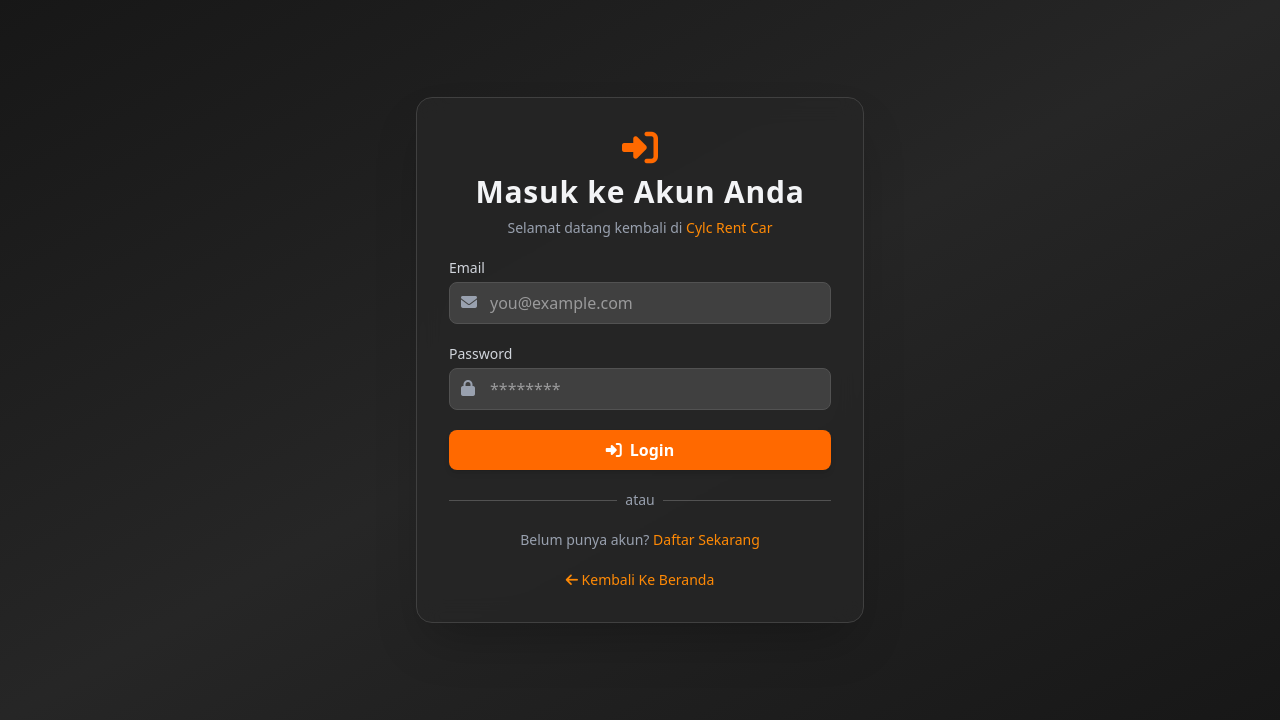
Repository: Fadlan079/FinalProject-RentalMobil
Page: http://localhost/index.php?action=login
The author's editor kept a copy of each file at every save. The page is drawn from the files as they stood at one save, then again after a run of saves.
The browser window is 1280 px wide. The pictures show the whole page.
Some web libraries are served in a nearby version. The page is run by PHP 8.4 with error messages shown; the project is at /var/www/html/. Style sheets and scripts are compiled from the project's sources, by tool versions that may differ from the author's.

Above is the page before, as saved 2025-11-13 03:33:41.

### Public/index.php
<?php
require_once __DIR__ . '/../App/Controllers/auth-controller.php';
require_once __DIR__ . '/../App/Controllers/pelanggan-controller.php';
require_once __DIR__ . '/../App/Controllers/pegawai-controller.php';

$Authcontroller = new AUTHController;
$Pelanggancontroller = new PELANGGANController;
$Pegawaicontroller = new PEGAWAIController;

$action = $_GET['action'] ?? 'index';
$id = $_GET['id'] ?? null;

switch ($action) {

    // AUTHENTICATION
    case 'login':
        $Authcontroller->showlogin();
        break;
    case 'storelogin':
        $Authcontroller->login();
        break;
    case 'signup':
        $Authcontroller->showsignup();
        break;
    case 'storesignup':
        $Authcontroller->signup();
        break;
    case 'logout':
        $Authcontroller->logout();
        break;

    // PELANGGAN
    case 'index':
        $Pelanggancontroller->index();
        break;
    case 'store-profile-pelanggan':
        $Pelanggancontroller->Storeprofile();
        break;
    case 'detail-mobil':
        $Pelanggancontroller->detailmobil($id);
        break;
    case 'store-transaksi':
        $Pelanggancontroller->Storetransaksi();
        break;
    case 'riwayat-transaksi':
        $Pelanggancontroller->riwayatTransaksi();
        break;

    //PEGAWAI
    case 'profilePegawai':
    $Pegawaicontroller->showProfile();
    break;

    case 'store-Profile-Pegawai':
        $Pegawaicontroller->storeProfile();
        break;

    case 'index-pegawai':
        $Pegawaicontroller->index();
        break;

    case 'listPegawai':
        $Pegawaicontroller->listPegawai();
        break;

    case 'createPegawai':
        $Pegawaicontroller->createPegawai();
        break;

    case 'storePegawai':
        $Pegawaicontroller->storePegawai();
        break;

    // 404 Not Found
    default:
        http_response_code(404);
        include __DIR__ . '/../App/Views/errors/404.php';
        break;
    }
?>

### Config/Database.php
<?php
class Database {
    public $host = "localhost";
    private $db   = "fp_rentalmobil";
    private $user = "root";
    private $pass = "";
    private $pdo;

    public function __construct() {
        try {
            $dsn = "mysql:host={$this->host};dbname={$this->db}";
            $this->pdo = new PDO($dsn, $this->user, $this->pass);
            $this->pdo->setAttribute(PDO::ATTR_ERRMODE, PDO::ERRMODE_EXCEPTION);
        } catch(PDOException $e) {
            die("Koneksi gagal: " . $e->getMessage());
        }
    }
      public function getConnection() {
        return $this->pdo;
    }
}
?>

### App/Middleware/middleware.php
<?php
class Middleware{
    public static function requirelogin(){
        if (session_status() === PHP_SESSION_NONE) {
            session_start();
        }

        if (!isset($_SESSION['user'])) {
            header("Location: index.php?action=login");
            exit;
        }
    }

    public static function requireloginOptional(){
        if (session_status() === PHP_SESSION_NONE) {
            session_start();
        }

        return isset($_SESSION['user']);
    }

    public static function requirerole($role){
        self::requirelogin();
        if ($_SESSION['user']['role'] !== $role) {
            header("Location: index.php?action=index");
            exit;
        }
    }
}
?>

### App/Models/mobil.php
<?php
require_once __DIR__ . '/../../Config/Database.php';

class Mobil{
    private $pdo;

    public function __construct() {
        $db = new Database();
        $this->pdo = $db->getConnection();
    }

    public function InsertMobil($tahun, $warna, $noplat, $nomesin,$norangka,$status, $id_tipe) {
        try{
            $sql = "INSERT INTO mobil(tahun, warna, noplat, nomesin,norangka,status,id_tipe) VALUES (:tahun, :warna, :noplat, :nomesin,:norangka,:status,:id_tipe)";
            $stmt = $this->pdo->prepare($sql);
            $stmt->bindParam(":tahun", $tahun);
            $stmt->bindParam(":warna", $warna);
            $stmt->bindParam(":noplat", $noplat);
            $stmt->bindParam(":nomesin", $nomesin);
            $stmt->bindParam(":norangka", $norangka);
            $stmt->bindParam(":status", $status);
            $stmt->bindParam(":id_tipe", $id_tipe);
            return $stmt->execute();
        }catch(PDOException $e){
            echo "Data Gagal Di Tambahkan :" .$e->getMessage();
        }
    }

    public function detailmobil($id_mobil){
        try{
            $sql = "SELECT * FROM mobil
            JOIN tipemobil ON mobil.id_tipe = tipemobil.id_tipe
            WHERE id_mobil = :id_mobil";
            $stmt = $this->pdo->prepare($sql);
            $stmt->execute(['id_mobil' => $id_mobil]);
            return $stmt->fetch(PDO::FETCH_ASSOC);
        }catch(PDOException $e){
            echo "Data Detail Mobil gagal di tampilkan :" .$e->getMessage();
        }
    }

    public function filterMobil($harga = null, $transmisi = null, $bhn_bkr = null, $kursi = null, $limit = null, $offset = null)
    {
        try{
            $sql = 'SELECT
            mobil.id_mobil,
            mobil.img,
            mobil.noplat,
            mobil.warna,
            mobil.status,
            tipemobil.merk,
            tipemobil.model,
            tipemobil.tipe,
            tipemobil.transmisi,
            tipemobil.harga,
            tipemobil.kursi,
            tipemobil.bhn_bkr,
            tipemobil.pintu
            FROM mobil JOIN tipemobil ON mobil.id_tipe = tipemobil.id_tipe
            WHERE 1=1';
            $params = [];

            // 🔧 PERBAIKAN: Filter harga dengan kondisi yang benar
            if (!empty($harga) && $harga != 'semua') {
                if ($harga === 'lt1jt') {
                    $sql .= " AND tipemobil.harga < 1000000";
                } elseif ($harga === 'lt5jt') {
                    $sql .= " AND tipemobil.harga < 5000000";
                } elseif ($harga === 'gt5jt') {
                    $sql .= " AND tipemobil.harga > 5000000";
                }
            }

            // Filter Transmisi
            if (!empty($transmisi) && $transmisi != 'semua') {
                $sql .= " AND tipemobil.transmisi = :transmisi";
                $params[':transmisi'] = $transmisi;
            }

            // Filter Bahan Bakar
            if (!empty($bhn_bkr) && $bhn_bkr != 'semua') {
                $sql .= " AND tipemobil.bhn_bkr = :bhn_bkr";
                $params[':bhn_bkr'] = $bhn_bkr;
            }

            // Filter Kursi
            if (!empty($kursi) && $kursi != 'semua') {
                if ($kursi === '2') {
                    $sql .= " AND tipemobil.kursi = 2";
                }
                elseif ($kursi === '4-5') {
                    $sql .= " AND tipemobil.kursi IN (4, 5)";
                }
                elseif ($kursi === '6-8') {
                    $sql .= " AND tipemobil.kursi IN (6, 7, 8)";
                }
            }

            $sql .= " ORDER BY
            CASE
                WHEN mobil.status = 'ready' THEN 1
                WHEN mobil.status = 'rent' THEN 2
                WHEN mobil.status = 'maintenance' THEN 3
            END";

            if ($limit !== null && $offset !== null) {
                $sql .= " LIMIT :offset, :limit";
                $params[':offset'] = (int)$offset;
                $params[':limit'] = (int)$limit;
            }

            $stmt = $this->pdo->prepare($sql);

            // Binding semua parameter
            foreach ($params as $key => $value) {
                if (strpos($key, ':offset') !== false || strpos($key, ':limit') !== false) {
                    $stmt->bindValue($key, $value, PDO::PARAM_INT);
                } else {
                    $stmt->bindValue($key, $value);
                }
            }

            $stmt->execute();
            return $stmt->fetchAll(PDO::FETCH_ASSOC);
        } catch(PDOException $e){
            echo "Data Gagal Di Temukan :" .$e->getMessage();
            return [];
        }
    }

    public function countFilterMobil($harga = null, $transmisi = null, $bhn_bkr = null, $kursi = null) {
        try {
            $sql = "SELECT COUNT(DISTINCT mobil.id_mobil) AS total
                    FROM mobil
                    JOIN tipemobil ON mobil.id_tipe = tipemobil.id_tipe
                    WHERE 1=1";
            $params = [];

            // 🔧 SAMA SEPERTI DI filterMobil()
            if (!empty($harga) && $harga != 'semua') {
                if ($harga === 'lt1jt') {
                    $sql .= " AND tipemobil.harga < 1000000";
                } elseif ($harga === 'lt5jt') {
                    $sql .= " AND tipemobil.harga < 5000000";
                } elseif ($harga === 'gt5jt') {
                    $sql .= " AND tipemobil.harga > 5000000";
                }
            }

            if (!empty($transmisi) && $transmisi != 'semua') {
                $sql .= " AND tipemobil.transmisi = :transmisi";
                $params[':transmisi'] = $transmisi;
            }

            if (!empty($bhn_bkr) && $bhn_bkr != 'semua') {
                $sql .= " AND tipemobil.bhn_bkr = :bhn_bkr";
                $params[':bhn_bkr'] = $bhn_bkr;
            }

            if (!empty($kursi) && $kursi != 'semua') {
                if ($kursi === '2') {
                    $sql .= " AND tipemobil.kursi = 2";
                }
                elseif ($kursi === '4-5') {
                    $sql .= " AND tipemobil.kursi IN (4, 5)";
                }
                elseif ($kursi === '6-8') {
                    $sql .= " AND tipemobil.kursi IN (6, 7, 8)";
                }
            }

            $stmt = $this->pdo->prepare($sql);

            // Binding parameters
            foreach ($params as $key => $value) {
                $stmt->bindValue($key, $value);
            }

            $stmt->execute();
            return $stmt->fetchColumn();
        } catch(PDOException $e) {
            echo "Gagal Menghitung Filter: " . $e->getMessage();
            return 0;
        }
    }

    public function getMobilWithLimit($offset,$limit) {
        try{
            $sql ="SELECT
            mobil.id_mobil,
            mobil.img,
            mobil.noplat,
            mobil.warna,
            mobil.status,
            tipemobil.merk,
            tipemobil.model,
            tipemobil.tipe,
            tipemobil.transmisi,
            tipemobil.harga,
            tipemobil.kursi,
            tipemobil.bhn_bkr,
            tipemobil.pintu
            FROM mobil JOIN tipemobil ON mobil.id_tipe = tipemobil.id_tipe
            ORDER BY CASE
            WHEN status = 'ready' THEN 1
            WHEN status = 'rent' THEN 2
            WHEN status = 'maintenance' THEN 3
            END
            LIMIT :offset, :limit";
            $stmt = $this->pdo->prepare($sql);
            $stmt->bindValue(':offset', $offset, PDO::PARAM_INT);
            $stmt->bindValue(':limit', $limit, PDO::PARAM_INT);
            $stmt->execute();
            return $stmt->fetchAll(PDO::FETCH_ASSOC);
        }catch(PDOException $e){
            echo "Data Gagal Di Temukan :" .$e->getMessage();
        }
    }

    public function countAllMobil() {
        try{
            return $this->pdo->query("SELECT COUNT(*) FROM mobil")->fetchColumn();
        }catch(PDOException $e){
            echo "Data Gagal Di Temukan :" .$e->getMessage();
        }
    }

    public function searchmobil($keyword, $limit = null, $offset = null) {
        try {
            $sql = "SELECT DISTINCT mobil.id_mobil,
                        mobil.img,
                        mobil.noplat,
                        mobil.warna,
                        mobil.status,
                        tipemobil.merk,
                        tipemobil.model,
                        tipemobil.tipe,
                        tipemobil.transmisi,
                        tipemobil.harga,
                        tipemobil.kursi,
                        tipemobil.bhn_bkr,
                        tipemobil.pintu
                    FROM mobil
                    JOIN tipemobil ON mobil.id_tipe = tipemobil.id_tipe
                    WHERE CONCAT_WS(' ', merk, model, tipe, transmisi, warna, bhn_bkr, status) LIKE :keyword
                    ORDER BY CASE
                        WHEN status = 'ready' THEN 1
                        WHEN status = 'rent' THEN 2
                        WHEN status = 'maintenance' THEN 3
                    END";

            if ($limit !== null && $offset !== null) {
                $sql .= " LIMIT :offset, :limit";
            }

            $stmt = $this->pdo->prepare($sql);
            $stmt->bindValue(':keyword', "%$keyword%", PDO::PARAM_STR);

            if ($limit !== null && $offset !== null) {
                $stmt->bindValue(':offset', (int)$offset, PDO::PARAM_INT);
                $stmt->bindValue(':limit', (int)$limit, PDO::PARAM_INT);
            }

            $stmt->execute();
            return $stmt->fetchAll(PDO::FETCH_ASSOC);

        } catch(PDOException $e){
            echo "Data Gagal Di Temukan: " . $e->getMessage();
        }
    }

    public function countSearchMobil($keyword) {
        try {
            $sql = "SELECT COUNT(DISTINCT mobil.id_mobil) AS total
                    FROM mobil
                    JOIN tipemobil ON mobil.id_tipe = tipemobil.id_tipe
                    WHERE CONCAT_WS(' ', merk, model, tipe, transmisi, warna, bhn_bkr, status) LIKE :keyword";

            $stmt = $this->pdo->prepare($sql);
            $stmt->bindValue(':keyword', "%$keyword%", PDO::PARAM_STR);
            $stmt->execute();
            return (int)$stmt->fetchColumn();
        } catch(PDOException $e){
            echo "Gagal Menghitung Data: " . $e->getMessage();
        }
    }

    public function UpdateMobil($id_mobil,$tahun, $warna, $noplat, $nomesin, $norangka, $status, $id_tipe ){
        try{
            $sql = "UPDATE mobil SET tahun=:tahun,warna=:warna,noplat=:noplat,nomesin=:nomesin,norangka=:norangka,status=:status,id_tipe=:id_tipe WHERE id_mobil = :id_mobil";
            $stmt = $this->pdo->prepare($sql);
            $stmt->bindParam(":id_mobil", $id_mobil);
            $stmt->bindParam(":tahun", $tahun);
            $stmt->bindParam(":warna", $warna);
            $stmt->bindParam(":noplat", $noplat);
            $stmt->bindParam(":nomesin", $nomesin);
            $stmt->bindParam(":norangka", $norangka);
            $stmt->bindParam(":status", $status);
            $stmt->bindParam(":id_tipe", $id_tipe);
            return $stmt->execute();
        }catch(PDOException $e){
            echo "Data Gagal diPerbarui :" .$e->getMessage();
        }
    }

    public function DeleteMobil($id_mobil) {
        try{
            $sql = "DELETE FROM mobil WHERE id_mobil = :id_mobil";
            $stmt = $this->pdo->prepare($sql);
            return $stmt->execute(['id_mobil' =>$id_mobil]);
        }catch(PDOException $e){
            echo "Data Gagal di Hapus :" .$e->getMessage();
        }
    }
}

// $mobil = new Mobil();
// $mobil->InsertMobil(2008,'merah','2123','1233','1203','rent',1);
// $data = $mobil->SelectMobil();
// var_dump($data);
// $mobil->UpdateMobil(1,2008,'hitam','2928','8991','1239','ready',1);
// $mobil->DeleteMobil(2);
// $data = $mobil->searchmobil('listrik');
// $data = $mobil->getspesifikasimobil();
// $data = $mobil->detailmobil(38);
// var_dump($data);
?>

### App/Views/Auth/login.php
<?php if (isset($_SESSION['error'])): ?>
  <div class="bg-red-600 text-white p-2 rounded mb-3 text-center">
    <?= $_SESSION['error']; ?>
  </div>
  <?php unset($_SESSION['error']); ?>
<?php endif; ?>

<?php if (isset($_SESSION['success'])): ?>
  <div class="bg-green-600 text-white p-2 rounded mb-3 text-center">
    <?= $_SESSION['success']; ?>
  </div>
  <?php unset($_SESSION['success']); ?>
<?php endif; ?>

<!DOCTYPE html>
<html lang="id">
<head>
  <meta charset="UTF-8">
  <meta name="viewport" content="width=device-width, initial-scale=1.0">
  <title>Login - Cylc Rent Car</title>
  <link rel="stylesheet" href="output.css">
  <link rel="stylesheet" href="https://cdnjs.cloudflare.com/ajax/libs/font-awesome/6.6.0/css/all.min.css">
</head>
<body class="min-h-screen bg-gradient-to-br from-neutral-900 via-neutral-800 to-neutral-900 flex items-center justify-center text-gray-100">

  <form action="index.php?action=storelogin" method="post"
        class="w-full max-w-md p-8 rounded-2xl bg-neutral-800/80 backdrop-blur-md shadow-2xl space-y-5 border border-neutral-700">

    <div class="text-center space-y-2">
      <i class="fa-solid fa-right-to-bracket text-4xl text-orange-500"></i>
      <h2 class="text-3xl font-bold tracking-wide">Masuk ke Akun Anda</h2>
      <p class="text-sm text-gray-400">Selamat datang kembali di <span class="text-orange-400 font-medium">Cylc Rent Car</span></p>
    </div>

    <div>
      <label class="block mb-1 text-sm font-medium text-gray-300">Email</label>
      <div class="relative">
        <i class="fa-solid fa-envelope absolute left-3 top-3 text-gray-400"></i>
        <input name="email" type="email" placeholder="you@example.com" required
               class="w-full pl-10 pr-3 py-2 rounded-lg bg-neutral-700 border border-neutral-600 text-gray-100 focus:outline-none focus:ring-2 focus:ring-orange-500 transition">
      </div>
    </div>

    <div>
      <label class="block mb-1 text-sm font-medium text-gray-300">Password</label>
      <div class="relative">
        <i class="fa-solid fa-lock absolute left-3 top-3 text-gray-400"></i>
        <input name="password" type="password" placeholder="********" required
               class="w-full pl-10 pr-3 py-2 rounded-lg bg-neutral-700 border border-neutral-600 text-gray-100 focus:outline-none focus:ring-2 focus:ring-orange-500 transition">
      </div>
    </div>

    <button type="submit"
            class="w-full flex items-center justify-center gap-2 bg-orange-500 hover:bg-orange-600 text-white font-semibold py-2 rounded-lg shadow-md transition duration-300">
      <i class="fa-solid fa-right-to-bracket"></i> Login
    </button>

    <div class="flex items-center gap-2">
      <hr class="flex-grow border-neutral-600">
      <span class="text-gray-400 text-sm">atau</span>
      <hr class="flex-grow border-neutral-600">
    </div>

    <p class="text-center text-sm text-gray-400">
      Belum punya akun?
      <a href="index.php?action=signup"
         class="text-orange-400 hover:text-orange-300 font-medium transition">
         Daftar Sekarang
      </a>
    </p>

      <a href="index.php?action=index"
         class="block text-orange-400 hover:text-orange-300 text-center text-sm font-medium transition">
         <i class="fa-solid fa-arrow-left"></i> Kembali Ke Beranda
      </a>
  </form>

</body>
</html>

Loaded but not shown: src/input.css (common file); App/Controllers/pelanggan-controller.php (265 lines, source omitted); App/Models/transaksi.php (162 lines, source omitted); App/Controllers/auth-controller.php (179 lines, source omitted); App/Controllers/pegawai-controller.php (139 lines, source omitted); App/Models/pegawai.php (96 lines, source omitted); App/Models/pelanggan.php (94 lines, source omitted); App/Models/user.php (111 lines, source omitted)

After the next 2 saves:
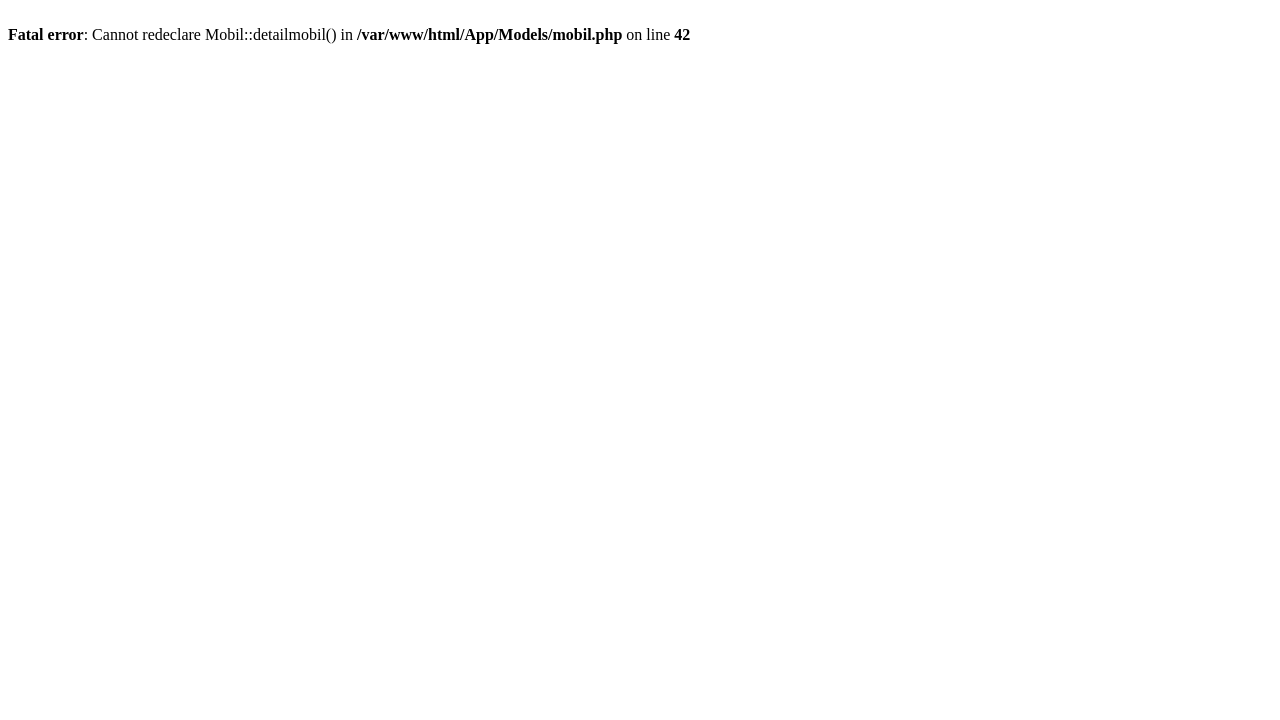
The 2 saves are shown as one change because they came seconds apart.
The last was saved 11 s later.
--- a/App/Models/mobil.php
+++ b/App/Models/mobil.php
@@ -23,6 +23,19 @@
             return $stmt->execute();
         }catch(PDOException $e){
             echo "Data Gagal Di Tambahkan :" .$e->getMessage();
+        }
+    }
+
+    public function detailmobil($id_mobil){
+        try{
+            $sql = "SELECT * FROM mobil
+            JOIN tipemobil ON mobil.id_tipe = tipemobil.id_tipe
+            WHERE id_mobil = :id_mobil";
+            $stmt = $this->pdo->prepare($sql);
+            $stmt->execute(['id_mobil' => $id_mobil]);
+            return $stmt->fetch(PDO::FETCH_ASSOC);
+        }catch(PDOException $e){
+            echo "Data Detail Mobil gagal di tampilkan :" .$e->getMessage();
         }
     }
 

After the save that followed:
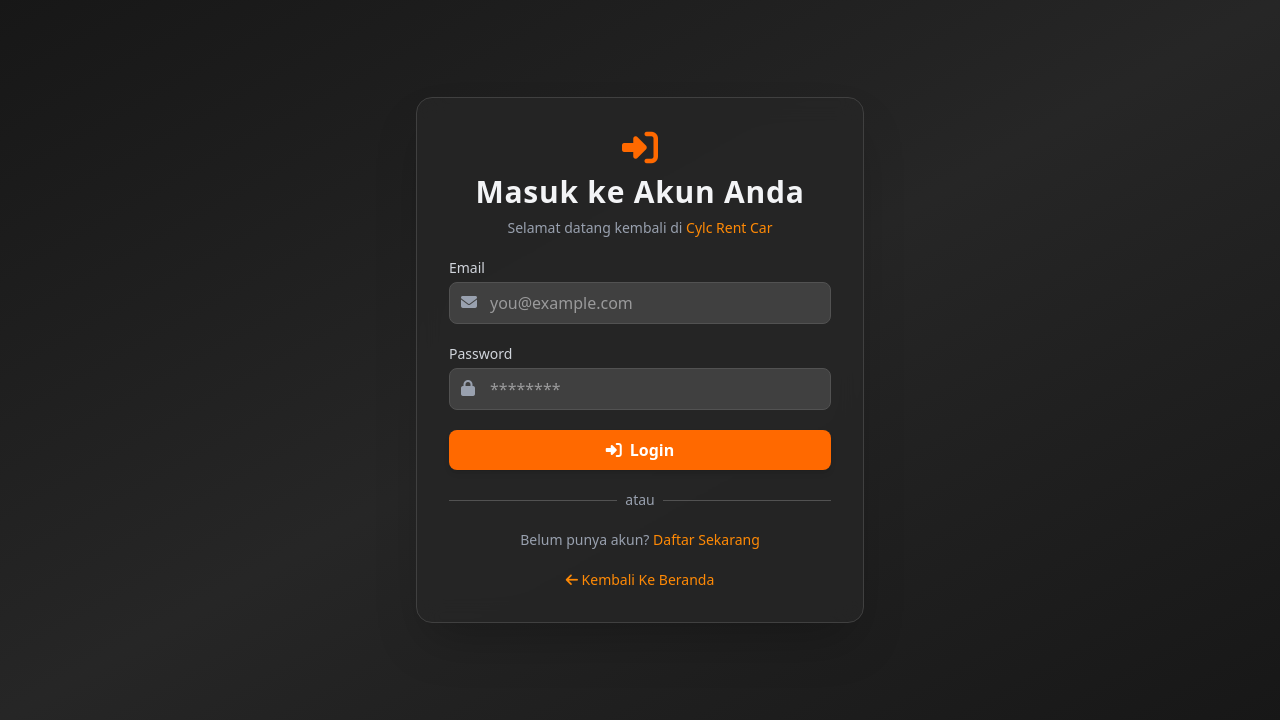
Saved 7 s later.
--- a/App/Models/mobil.php
+++ b/App/Models/mobil.php
@@ -39,7 +39,7 @@
         }
     }
 
-    public function detailmobil($id_mobil){
+    public function getallmobil($id_mobil){
         try{
             $sql = "SELECT * FROM mobil
             JOIN tipemobil ON mobil.id_tipe = tipemobil.id_tipe
